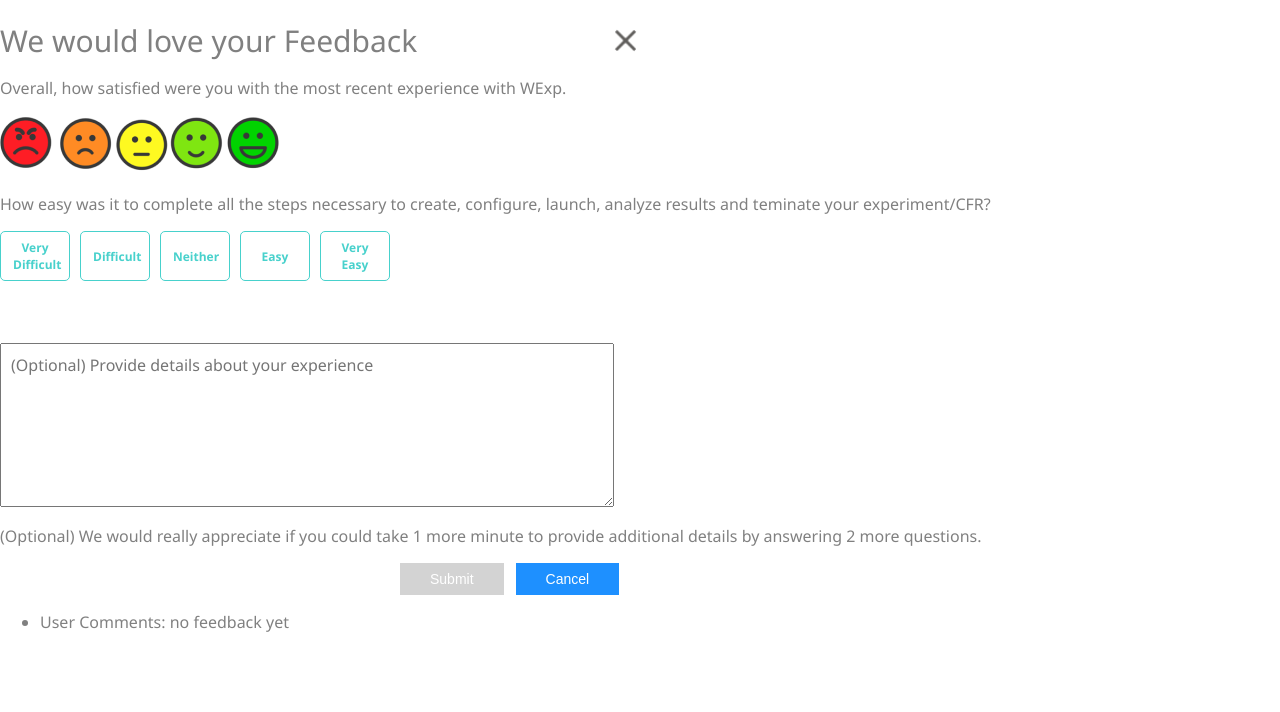
Repository: msfinnan/react-mobx-feedback-form
Page: /
An editor plug-in stored every save of this project. The page is shown before and after the next save, followed by the edit.
The browser window is 1280 px wide. The pictures show the whole page.
The project was rebuilt for these pictures with package versions that can differ from the ones it lists, and the page was loaded fresh each time.

Above is the page before, as saved 2019-08-28 11:27:54.

After the next save:
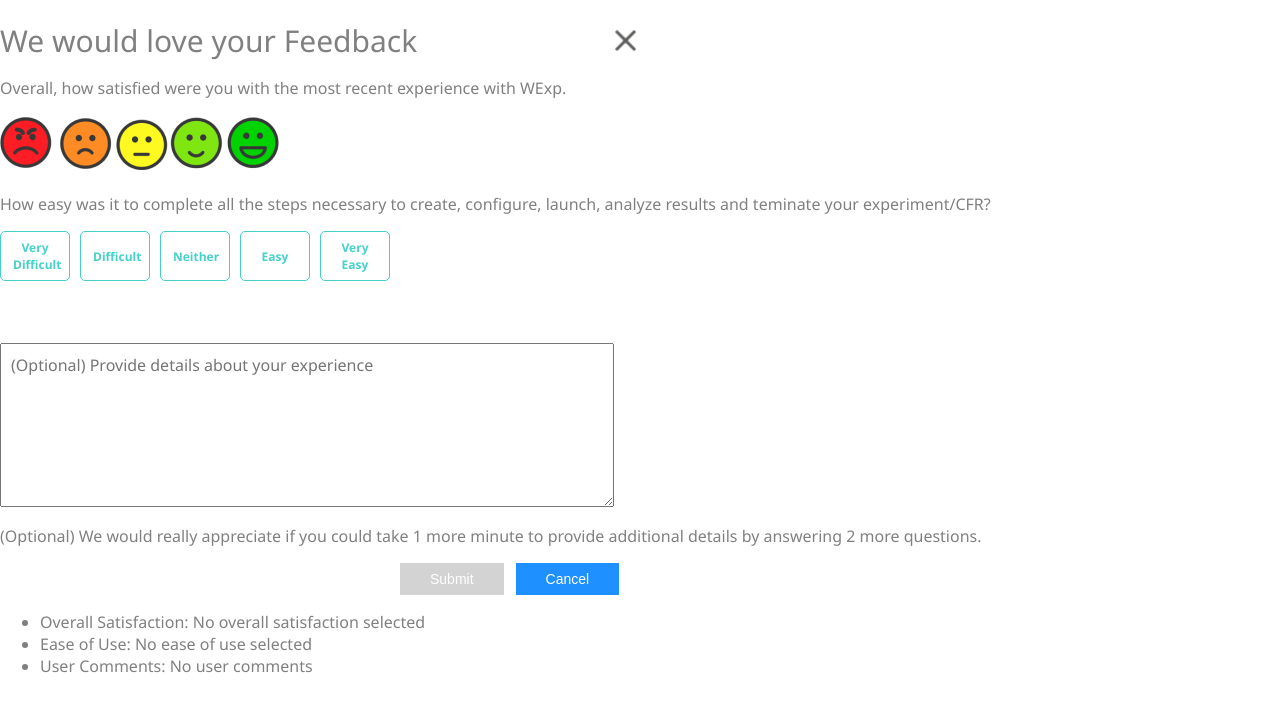
Saved 3 min 2 s later.
--- a/src/App.tsx
+++ b/src/App.tsx
@@ -20,14 +20,13 @@ interface AppProps {
 @inject("commentBoxStore")
 @observer
 class App extends React.Component<AppProps, {}> {
-  @observable private userInputDisplay: string = "no feedback yet";
+  @observable private userInputDisplay: string = "No user comments";
+  @observable private emojiSelected: string = "No overall satisfaction selected";
+  @observable private difficultyLevelSelected: string = "No ease of use selected";
 
   private handleSubmit = (event: React.FormEvent<HTMLFormElement>): void => {
     event.preventDefault();
     this.userInputDisplay = this.props.commentBoxStore.commentBoxUserInput;
-    console.log(`from app - user feedback is ${this.props.commentBoxStore.commentBoxUserInput}`)
-    console.log(`from app - user display is ${this.userInputDisplay}`)
-    console.log("submit button clicked")
     }
 
   public render() {
@@ -51,6 +50,8 @@ class App extends React.Component<AppProps, {}> {
           <SubmissionButtonCollection />
         </form>
         <ul>
+          <li>Overall Satisfaction: {this.emojiSelected}</li>
+          <li>Ease of Use: {this.difficultyLevelSelected}</li>
           <li>User Comments: {this.userInputDisplay}</li>
         </ul>
       </div>
